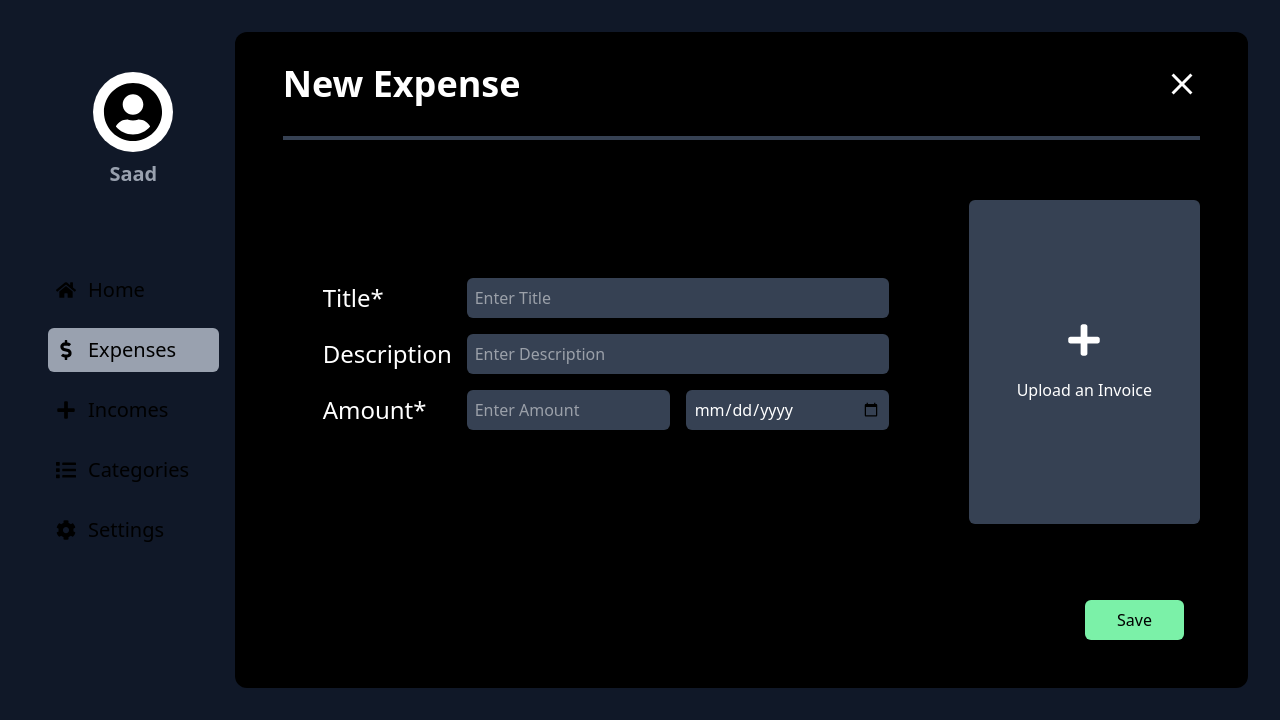
Repository: saad-naveed-brainx/Expense
Page: /expenses
An editor plug-in stored every save of this project. The page is shown before and after a run of saves, followed by the edit.
The browser window is 1280 px wide. The pictures show the whole page.
The project was rebuilt for these pictures with package versions that can differ from the ones it lists, and the page was loaded fresh each time. Also part of the build but not shown: vite.config.js, src/components/LandingPage.jsx, src/components/NotUsed.jsx.

Above is the page before, as saved 2025-09-04 17:32:16.

After the next 2 saves:
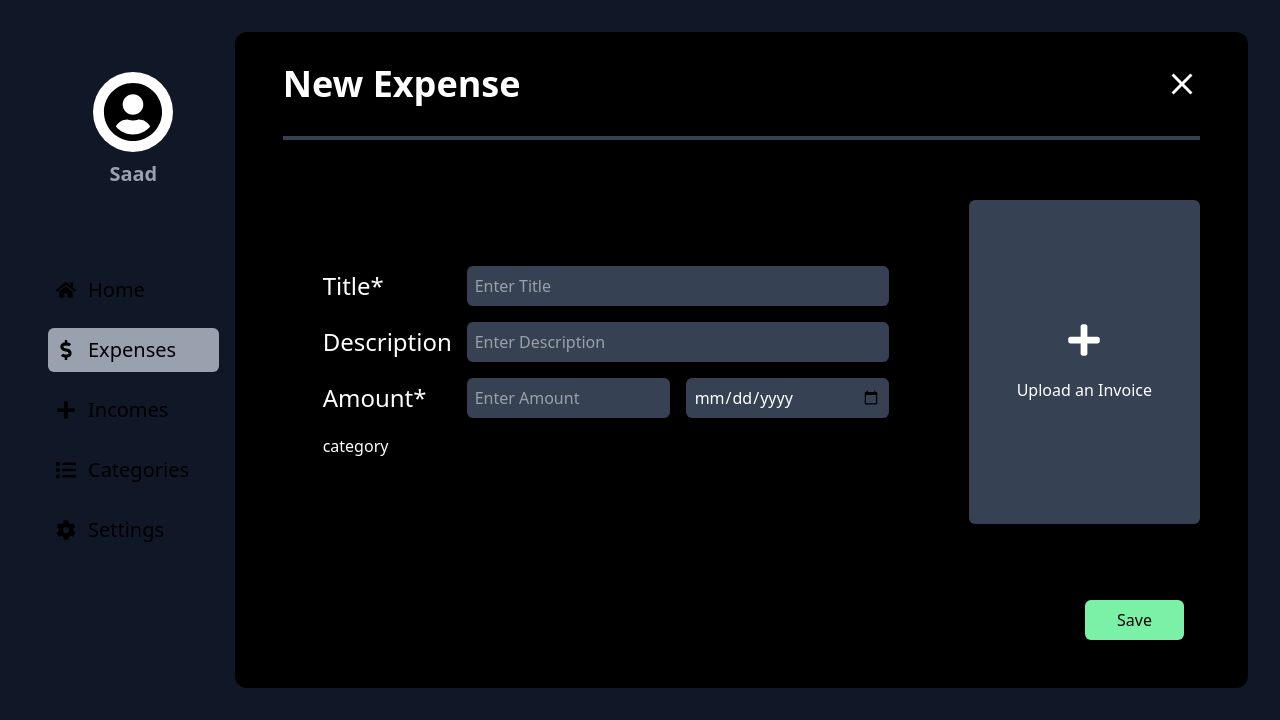
The 2 saves are shown as one change because they came seconds apart.
The last was saved 11 s later.
--- a/src/components/Expenses.jsx
+++ b/src/components/Expenses.jsx
@@ -47,8 +47,8 @@ export default function Expenses() {
               />
               <input type="date"  placeholder='Select Date' className='bg-gray-700 rounded-md p-2 flex-1 min-w-0' {...register("date", {required:true})} />
             </div>
-            <div>
-
+            <div className='flex gap-4 items-center'>
+              <h1>category</h1>
             </div>
           </form>
         </div>
